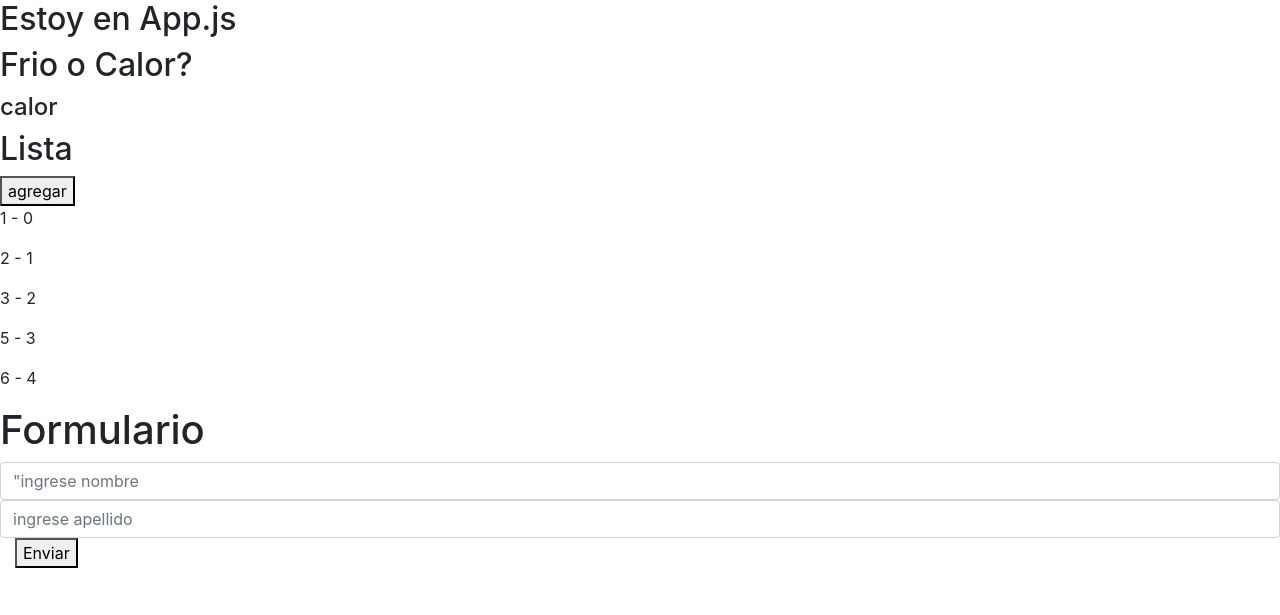
Repository: geraldine-ventura/Jsx-practica-terminada
Page: /
The author's editor kept a copy of each file at every save. The page is drawn from the files as they stood at one save, then again after the next save.
The browser window is 1280 px wide. The pictures show the whole page.
The project was rebuilt for these pictures with package versions that can differ from the ones it lists, and the page was loaded fresh each time.

Above is the page before, as saved 2022-12-29 11:02:19.

### public/index.html
<!DOCTYPE html>
<html lang="en">
  <head>
    <meta charset="utf-8" />
    <link rel="icon" href="%PUBLIC_URL%/favicon.ico" />
    <meta name="viewport" content="width=device-width, initial-scale=1" />
    <meta name="theme-color" content="#000000" />
    <meta
      name="description"
      content="Web site created using create-react-app"
    />
    <link rel="apple-touch-icon" href="%PUBLIC_URL%/logo192.png" />
    <!--
      manifest.json provides metadata used when your web app is installed on a
      user's mobile device or desktop. See https://developers.google.com/web/fundamentals/web-app-manifest/
    -->
    <link rel="manifest" href="%PUBLIC_URL%/manifest.json" />
    <!--
      Notice the use of %PUBLIC_URL% in the tags above.
      It will be replaced with the URL of the `public` folder during the build.
      Only files inside the `public` folder can be referenced from the HTML.

      Unlike "/favicon.ico" or "favicon.ico", "%PUBLIC_URL%/favicon.ico" will
      work correctly both with client-side routing and a non-root public URL.
      Learn how to configure a non-root public URL by running `npm run build`.
    -->
    <title>React App</title>
    <link rel="stylesheet" href="https://cdn.jsdelivr.net/npm/bootstrap@4.3.1/dist/css/bootstrap.min.css" integrity="sha384-ggOyR0iXCbMQv3Xipma34MD+dH/1fQ784/j6cY/iJTQUOhcWr7x9JvoRxT2MZw1T" crossorigin="anonymous">
  </head>


  <body>
    <noscript>You need to enable JavaScript to run this app.</noscript>
    <div id="root"></div>
    <!--
      This HTML file is a template.
      If you open it directly in the browser, you will see an empty page.

      You can add webfonts, meta tags, or analytics to this file.
      The build step will place the bundled scripts into the <body> tag.

      To begin the development, run `npm start` or `yarn start`.
      To create a production bundle, use `npm run build` or `yarn build`.
    -->
  </body>
</html>

### src/App.js
import React from 'react'
import Formulario from './componeneste2/Formulario';
import Jsx from "./componetes/Jsx"
import Lista from './componetes/Lista';

function App() {
  return (
    <div className="App">
    <h2>Estoy en App.js</h2>
    <Jsx></Jsx>
    <Lista></Lista>
    <Formulario></Formulario>
    </div>
  );
}

export default App;

### src/componeneste2/Formulario.js
import React, {Fragment, useState} from 'react'

const Formulario= ()=>{
     return (
      <Fragment>
        <h1>Formulario</h1>
         <form className='"row'>
        <input
        placeholder='"ingrese nombre'
        className= "form-control">
       </input>
         <div>
          <input
          placeholder='ingrese apellido'
          className= "form-control">
          </input>
         </div>
         <div className='col-md-3'>
          <button> Enviar</button>

           </div>
        </form>
        </Fragment>
      );
}

export default Formulario;

### src/componetes/Jsx.js
import React, { Fragment } from 'react'

const  Jsx= () => {
    //const saludo =" CONSTANTE PRUEBA"
    const temperatura=21;
    return (
        <Fragment>

    <h2>Frio o Calor?</h2>
    <h4>
       {
        temperatura > 20 ? "calor" : "frio"
       }
    </h4>
       </Fragment>
        );
}

export default Jsx;

### src/componetes/Lista.js
import React,{useState,Fragment} from 'react'
const  Lista= () => {

 const [arrayNumero, setArrayNumero]= useState([1,2,3,5,6])

 const[numero, setNumero]= useState(77)

 const agregarElemento =() => {

    setNumero(numero + 1)
   // console.log ("click")
    setArrayNumero([...arrayNumero,numero])
}
    return (
        <Fragment>
          <h2> Lista</h2>
          <button onClick={agregarElemento}>agregar</button>
          {
            arrayNumero.map((item,index )=>
                <p key ={index}>
                  {item} - {index}
                </p>
            )
          }
        </Fragment>
     );
}

export default Lista;

Loaded but not shown: src/index.js (common file); src/index.css (common file); src/reportWebVitals.js (common file)

After the next save:
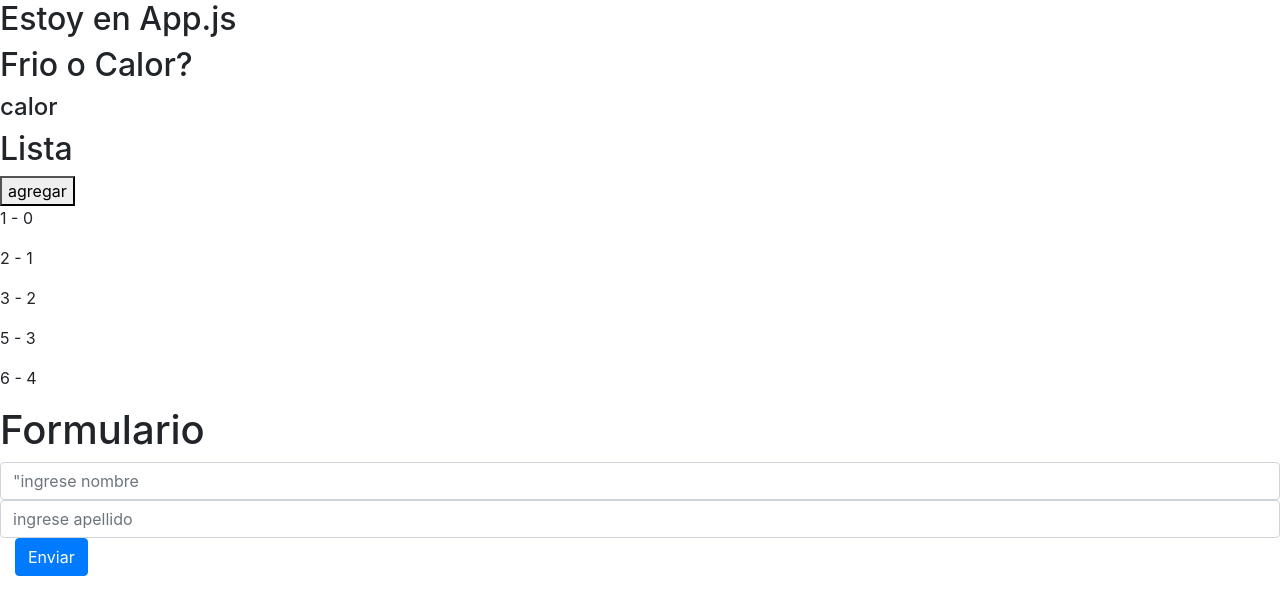
Saved 4 min 41 s later.
--- a/src/componeneste2/Formulario.js
+++ b/src/componeneste2/Formulario.js
@@ -16,7 +16,7 @@ const Formulario= ()=>{
           </input>
          </div>
          <div className='col-md-3'>
-          <button> Enviar</button>
+          <button className="btn btn-primary">Enviar</button>
 
            </div>
         </form>
